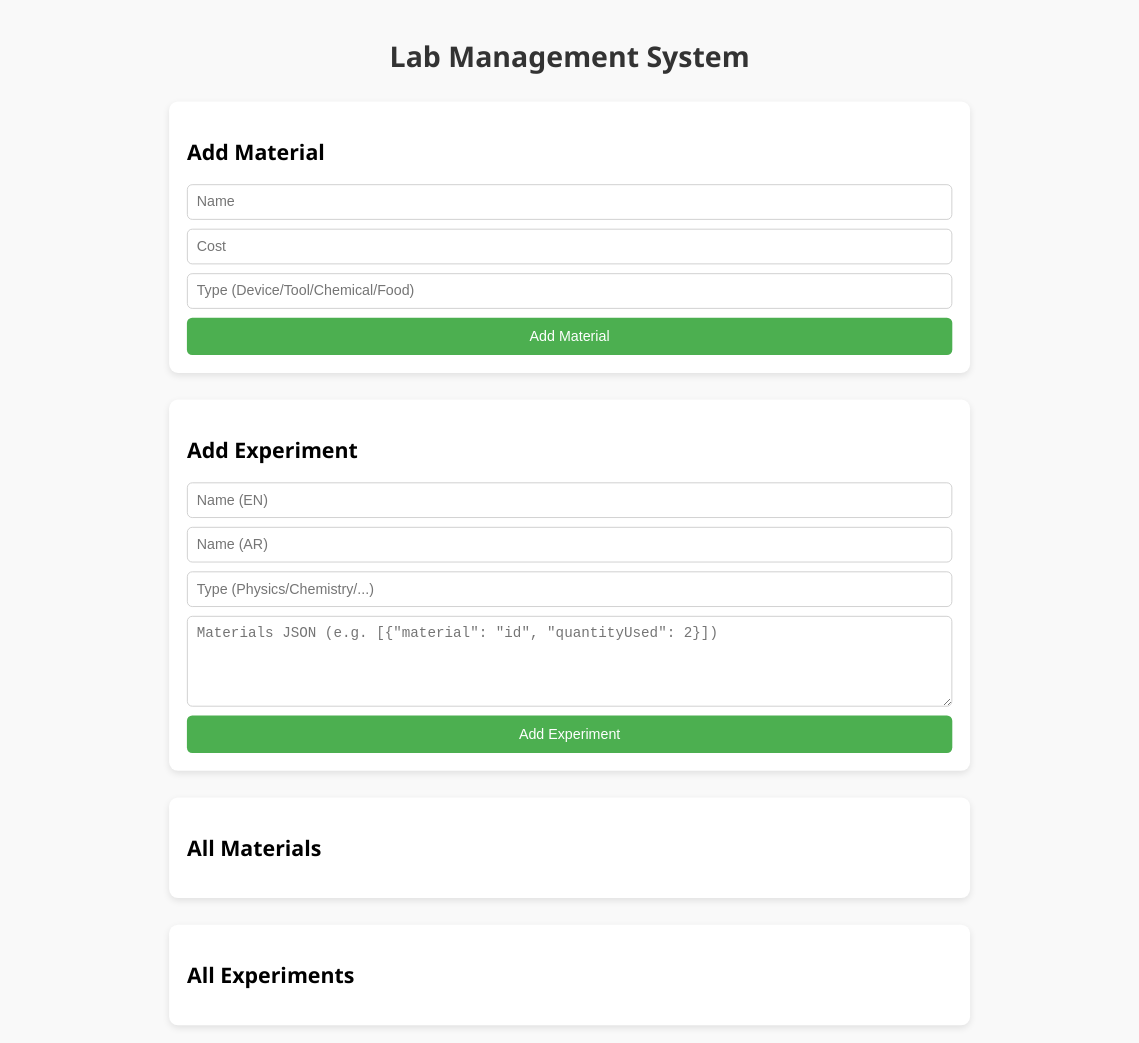
Repository: ShahdKItany/jusoorLabDB
Page: frontEnd/index.html
These files come from the project's save history. The page is drawn as it stood at one moment and after the next save; the edit follows.
The browser window is 1280 px wide. The pictures show the whole page, at 89% of full size.

Above is the page before, as saved 2025-04-13 00:05:23.
Console error: TypeError: Cannot read properties of null (reading 'addEventListener')

### frontEnd/index.html
<!DOCTYPE html>
<html lang="en">
<head>
  <meta charset="UTF-8" />
  <title>Lab Management</title>
  <link rel="stylesheet" href="style.css" />
</head>
<body>
  <div class="container">
    <h1>Lab Management System</h1>

    <!-- Add Material Section -->
    <section class="section">
      <h2>Add Material</h2>
      <form id="materialForm" class="form">
        <input type="text" id="materialName" placeholder="Name" required />
        <input type="number" id="materialCost" placeholder="Cost" required />
        <input type="text" id="materialType" placeholder="Type (Device/Tool/Chemical/Food)" required />
        <button type="submit">Add Material</button>
      </form>
    </section>

    <!-- Add Experiment Section -->
    <section class="section">
      <h2>Add Experiment</h2>
      <form id="experimentForm" class="form">
        <input type="text" id="experimentNameEn" placeholder="Name (EN)" required />
        <input type="text" id="experimentNameAr" placeholder="Name (AR)" required />
        <input type="text" id="experimentType" placeholder="Type (Physics/Chemistry/...)" required />
        <textarea id="experimentMaterials" placeholder="Materials JSON (e.g. [{&quot;material&quot;: &quot;id&quot;, &quot;quantityUsed&quot;: 2}])" required></textarea>
        <button type="submit">Add Experiment</button>
      </form>
    </section>

    <!-- Display Materials -->
    <section class="section">
      <h2>All Materials</h2>
      <ul id="materialsList"></ul>
    </section>

    <!-- Display Experiments -->
    <section class="section">
      <h2>All Experiments</h2>
      <ul id="experimentsList"></ul>
    </section>
  </div>

  <script src="script.js"></script>
</body>
</html>

### frontEnd/style.css
body {
    font-family: 'Segoe UI', sans-serif;
    background-color: #f9f9f9;
    margin: 0;
    padding: 0;
  }

  .container {
    max-width: 900px;
    margin: auto;
    padding: 20px;
  }

  h1 {
    text-align: center;
    color: #333;
  }

  .section {
    background-color: #fff;
    margin-top: 30px;
    padding: 20px;
    border-radius: 10px;
    box-shadow: 0 3px 8px rgba(0, 0, 0, 0.1);
  }

  .form {
    display: flex;
    flex-direction: column;
    gap: 10px;
  }

  input, textarea {
    padding: 10px;
    font-size: 16px;
    border: 1px solid #ccc;
    border-radius: 6px;
  }

  textarea {
    height: 80px;
  }

  button {
    background-color: #4CAF50;
    color: white;
    padding: 12px;
    font-size: 16px;
    border: none;
    border-radius: 6px;
    cursor: pointer;
    transition: background-color 0.2s ease;
  }

  button:hover {
    background-color: #45a049;
  }

  ul {
    list-style-type: none;
    padding-left: 0;
  }

  li {
    padding: 10px;
    border-bottom: 1px solid #eee;
  }

### frontEnd/script.js
const API = 'http://localhost:5000/api';

function openModal(id) {
  document.getElementById(id).style.display = 'block';
}

function closeModal(id) {
  document.getElementById(id).style.display = 'none';
}

// Fetch and display all materials
async function fetchMaterials() {
  const res = await fetch(`${API}/materials`);
  const materials = await res.json();
  const list = document.getElementById('materialsList');
  list.innerHTML = '';
  materials.forEach((mat) => {
    const li = document.createElement('li');
    li.textContent = `${mat.name} - ${mat.type} - $${mat.cost}`;
    list.appendChild(li);
  });
}

// Fetch and display all experiments
async function fetchExperiments() {
  const res = await fetch(`${API}/experiments`);
  const experiments = await res.json();
  const list = document.getElementById('experimentsList');
  list.innerHTML = '';
  experiments.forEach((exp) => {
    const li = document.createElement('li');
    li.textContent = `${exp.nameEn} (${exp.type}) - Total Cost: $${exp.totalCost}`;
    list.appendChild(li);
  });
}

// Submit material form
document.getElementById('materialForm').addEventListener('submit', async (e) => {
  e.preventDefault();
  const name = document.getElementById('materialName').value;
  const cost = document.getElementById('materialCost').value;
  const type = document.getElementById('materialType').value;

  const res = await fetch(`${API}/materials`, {
    method: 'POST',
    headers: { 'Content-Type': 'application/json' },
    body: JSON.stringify({ name, cost, type }),
  });

  const data = await res.json();
  if (res.ok) {
    alert('Material added!');
    closeModal('materialModal');
    fetchMaterials();
  } else {
    alert(`Error: ${data.message}`);
  }
});

// Submit experiment form
document.getElementById('experimentForm').addEventListener('submit', async (e) => {
  e.preventDefault();
  const nameEn = document.getElementById('experimentNameEn').value;
  const nameAr = document.getElementById('experimentNameAr').value;
  const type = document.getElementById('experimentType').value;
  let materials;

  try {
    materials = JSON.parse(document.getElementById('experimentMaterials').value);
  } catch (err) {
    alert('Invalid JSON format');
    return;
  }

  const res = await fetch(`${API}/experiments`, {
    method: 'POST',
    headers: { 'Content-Type': 'application/json' },
    body: JSON.stringify({ nameEn, nameAr, type, materials }),
  });

  const data = await res.json();
  if (res.ok) {
    alert('Experiment added!');
    closeModal('experimentModal');
    fetchExperiments();
  } else {
    alert(`Error: ${data.message}`);
  }
});

// Button click handlers
document.getElementById('openMaterialBtn').addEventListener('click', () => openModal('materialModal'));
document.getElementById('openExperimentBtn').addEventListener('click', () => openModal('experimentModal'));

// Load initial data
fetchMaterials();
fetchExperiments();

After the next save:
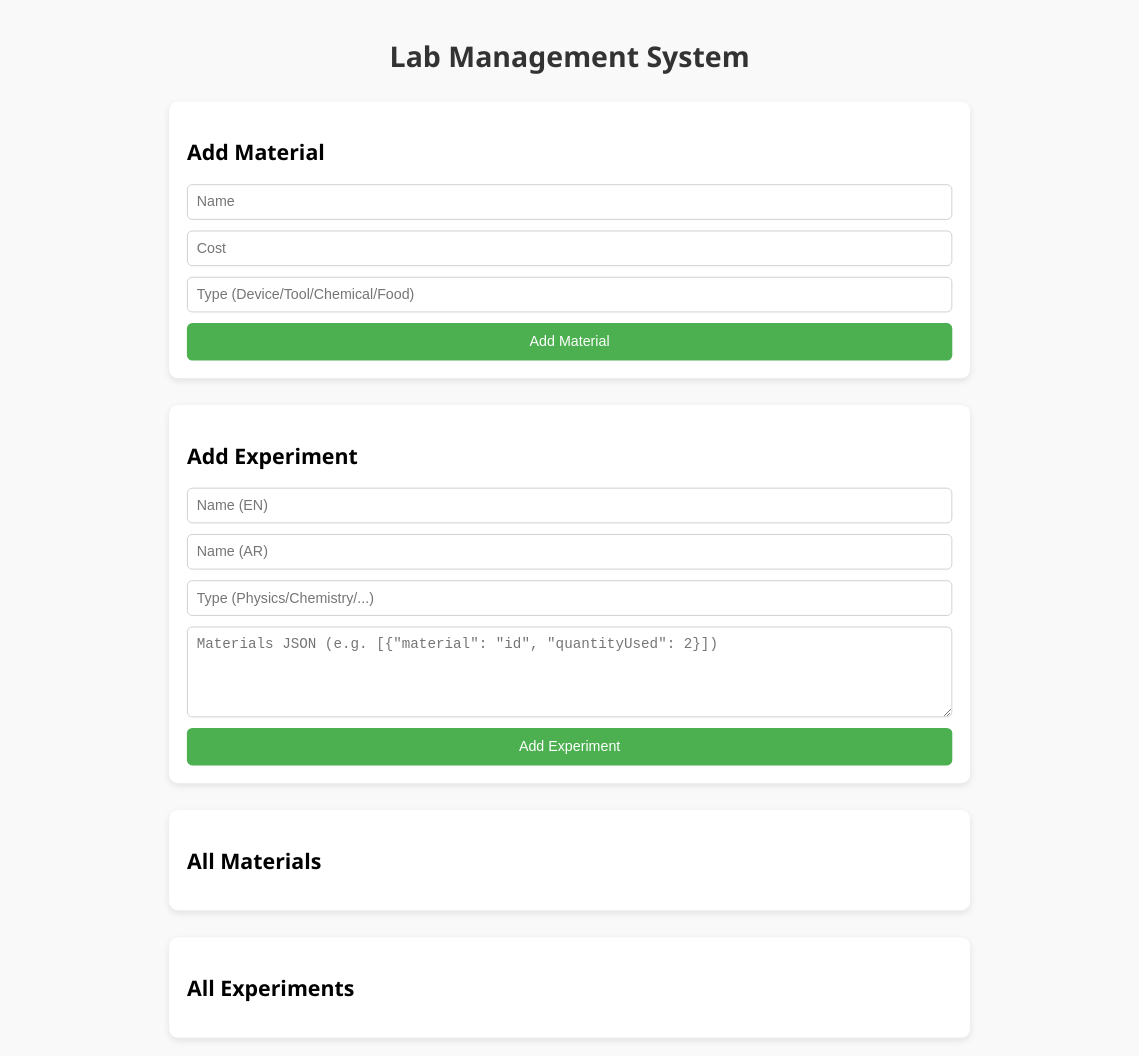
Saved 16 s later.
--- a/frontEnd/style.css
+++ b/frontEnd/style.css
@@ -9,11 +9,35 @@ body {
     max-width: 900px;
     margin: auto;
     padding: 20px;
+    position: relative;
+    z-index: 1;
   }
 
   h1 {
     text-align: center;
     color: #333;
+  }
+
+  .button-group {
+    display: flex;
+    justify-content: center;
+    gap: 20px;
+    margin-top: 20px;
+  }
+
+  .button-group button {
+    padding: 12px 20px;
+    font-size: 16px;
+    border: none;
+    border-radius: 6px;
+    background-color: #007bff;
+    color: white;
+    cursor: pointer;
+    transition: background-color 0.2s ease;
+  }
+
+  .button-group button:hover {
+    background-color: #0056b3;
   }
 
   .section {
@@ -24,10 +48,56 @@ body {
     box-shadow: 0 3px 8px rgba(0, 0, 0, 0.1);
   }
 
+  ul {
+    list-style-type: none;
+    padding-left: 0;
+  }
+
+  li {
+    padding: 10px;
+    border-bottom: 1px solid #eee;
+  }
+
+  /* Modal styles */
+  .modal {
+    display: none;
+    position: fixed;
+    z-index: 10;
+    left: 0;
+    top: 0;
+    width: 100%;
+    height: 100%;
+    overflow: auto;
+    backdrop-filter: blur(6px);
+    background-color: rgba(0, 0, 0, 0.2);
+  }
+
+  .modal-content {
+    background-color: white;
+    margin: 10% auto;
+    padding: 20px;
+    border-radius: 10px;
+    width: 90%;
+    max-width: 500px;
+    box-shadow: 0 5px 15px rgba(0, 0, 0, 0.2);
+  }
+
+  .close {
+    float: right;
+    font-size: 24px;
+    font-weight: bold;
+    cursor: pointer;
+    color: #999;
+  }
+
+  .close:hover {
+    color: #333;
+  }
+
   .form {
     display: flex;
     flex-direction: column;
-    gap: 10px;
+    gap: 12px;
   }
 
   input, textarea {
@@ -41,27 +111,16 @@ body {
     height: 80px;
   }
 
-  button {
+  button[type="submit"] {
     background-color: #4CAF50;
     color: white;
+    border: none;
     padding: 12px;
     font-size: 16px;
-    border: none;
     border-radius: 6px;
     cursor: pointer;
-    transition: background-color 0.2s ease;
   }
 
-  button:hover {
+  button[type="submit"]:hover {
     background-color: #45a049;
   }
-
-  ul {
-    list-style-type: none;
-    padding-left: 0;
-  }
-
-  li {
-    padding: 10px;
-    border-bottom: 1px solid #eee;
-  }
